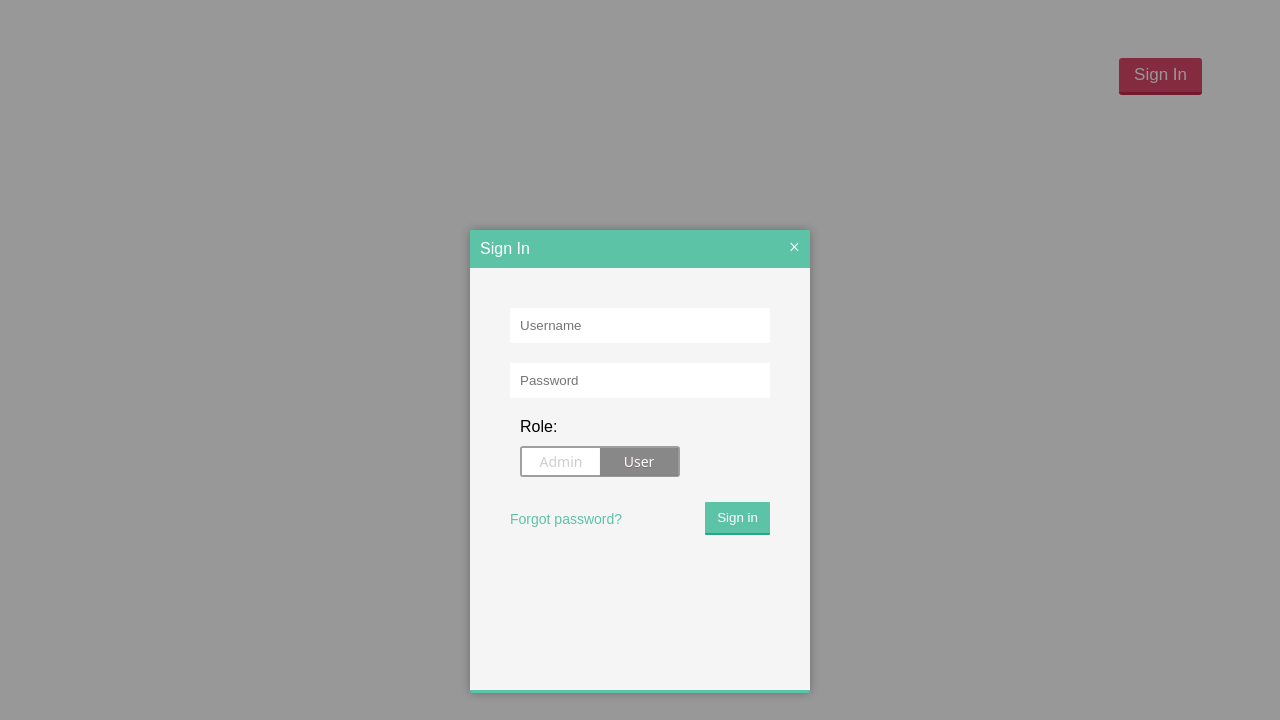
Repository: Mainak-Deb/EmployeeApprisalApp
Page: http://localhost/EmployeeApprisalForm/
These files come from the project's save history. The page is drawn as it stood at one moment and after the next save; the edit follows.
The browser window is 1280 px wide. The pictures show the whole page.
The page is served by Tomcat 9. Other server files are loaded and not shown.

Above is the page before, as saved 2023-06-16 06:26:54.

### EmployeeApprisalForm/src/main/webapp/WEB-INF/views/index.jsp
<%@ page language="java" contentType="text/html; charset=ISO-8859-1"
    pageEncoding="ISO-8859-1"%>
<!DOCTYPE html>
<html>
<head>
<meta charset="ISO-8859-1">
<title>Insert title here</title>
<link rel="stylesheet" href="public/styles/index.css" />
</head>
<body>
<span class="button">Sign In</span>
<div class="modal-bg">
<div id="modal">
	<span>Sign In<a href="#close" id="close">&#215;</a></span>
	<form>
		<input id="username" name="username" type="textbox" placeholder="Username" required>
		<input id="password" name="password" type="password" placeholder="Password" required>
		<div>
	         <label for="gender">Role:</label> <br>
	         <div class="radio">
				<input label="Admin" type="radio" id="admin" name="role" value="admin">
				<input label="User" type="radio" id="user" name="role" value="user" checked>
			</div>
		</div>
		<a id="forgot-link" href="#">Forgot password?</a>
		<button name="submit" id="submit" type="submit">Sign in</button>
	</form>
</div>
</div>
<script src="https://code.jquery.com/jquery-3.6.0.min.js"></script>
<script type="text/javascript">
$('.button').click(function(){
	  $('#modal').css('display','block');
	  $('.modal-bg').fadeIn();
});

	$('#close').click(function(){
		  $('.modal-bg').fadeOut();
		  $('#modal').fadeOut();
	  return false;
	});
</script>
</body>
</html>

### EmployeeApprisalForm/src/main/webapp/public/styles/index.css
@charset "ISO-8859-1";
body{
 /* background-color:#292B2C;*/
 font-family: 'PT Sans', sans-serif;
}
a{
	outline: 0;
	text-decoration: none;
}
.modal-bg{
	position:fixed;
	left:0;right:0;
	top:0;bottom:0;
	z-index:100;
	background-color:rgba(50,50,50,0.5);
}

.button{
	position:relative;
	font-size:17px;
	background:#DA244F;
	border-radius: 3px;
	border-bottom: 3px solid #B5002A;
	padding:7px 15px;
	color:#fff;
	cursor:pointer;
	float:right;
	margin:50px 70px;
 	-webkit-transition:margin 100ms;
	-moz-transition:margin 100ms;
	transition:margin 100ms ;
}
.button:active{
   margin: 53px 70px;
}
.button:hover{
	background:#C40532;
}
form{
	display:block;
	margin:30px;
  padding:px;
}
form *{
	margin:10px;
}
input:focus{
  outline:0;
}
input{
	width:240px;
	padding:10px;
	border:none;
	border-radius:1px;
}
button{
	float: right;
	padding: 8px 12px;
	margin-top: 15px;
	background: #5DC3A7;
	border: none;
	color: #fff;
	border-bottom: 2px solid #23AA84;
	border-radius: 1px;
	cursor: pointer;
}
button:active{
	margin: 18px 10px;
}
button:hover{
	background-color: #0FC491;
}
#forgot-link{
	font-size: 14px;
	line-height: 45px;
	color: #5DC3A7;
	display: inline-block;
}
#forgot-link:hover{
	color: #23AA84;
}
#modal{
	position:absolute;
	background-color:#F5F5F6;
	top:50%;
	left:50%;
	z-index:101;
	border-radius:3px;
	width:340px;
	height:460px;
	margin-top:-130px;
	margin-left:-170px;
	border-bottom: 3px solid #5DC3A7;
	box-shadow:0 0 10px 0 rgba(0,0,0,0.3);
}

#modal span{
	display: block;
	background:#5DC3A7;
	padding: 10px;
	color:#fff;
}
#close{
	float: right;
	color: #fff;
  margin-top:-4px;
	font-family: serif;
	font-size: 20px;
}
#close:hover{
	color:gray;
}


.radio {
	border-radius: 3px;
	border: 2px solid #2b2b2b6d;
	display:flex;
	flex-direction:row;
	width:60%;
}

.radio input {
	width: 50%;
	height: auto;
	margin:0px;
	margin-bottom:0px;
	-webkit-appearance: none;
	-moz-appearance: none;
	appearance: none;
	outline: none;
	cursor: pointer;
	border-radius:0px;
	padding: 4px 8px;
	background-color: rgba(255,255,255);
	color: #bdbdbdbd;
	font-size: 14px;
	font-family: system-ui, -apple-system, BlinkMacSystemFont, "Segoe UI", Roboto,
		"Helvetica Neue", Arial, "Noto Sans", sans-serif, "Apple Color Emoji",
		"Segoe UI Emoji", "Segoe UI Symbol", "Noto Color Emoji";
	transition: all 100ms linear;

}

.radio input:checked {
	background-color: rgba(0, 0, 0, 0.447);
	color: #fff;
	box-shadow: 0 1px 1px #0000002e;
	text-shadow: 0 1px 0px #79485f7a;
}

.radio input:before {
	content: attr(label);
	display: inline-block;
	text-align: center;
	width: 100%;
}

After the next save:
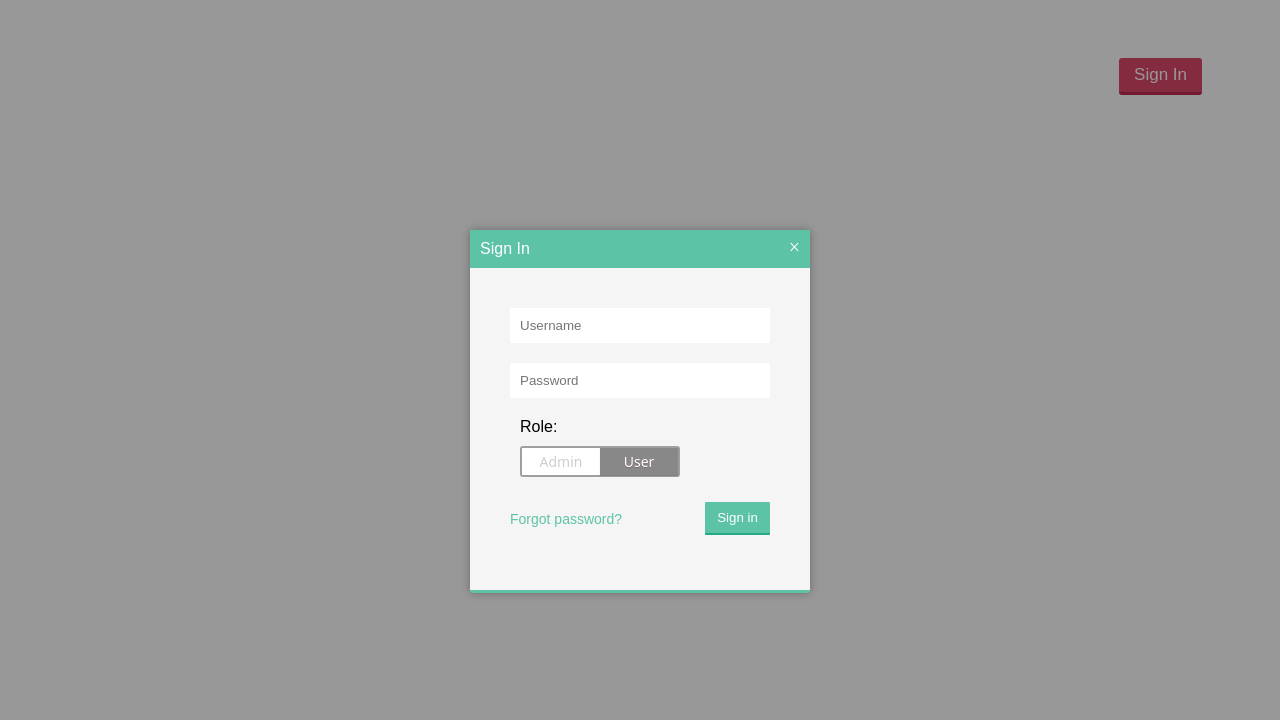
Saved 9 s later.
--- a/EmployeeApprisalForm/src/main/webapp/public/styles/index.css
+++ b/EmployeeApprisalForm/src/main/webapp/public/styles/index.css
@@ -87,7 +87,7 @@ button:hover{
 	z-index:101;
 	border-radius:3px;
 	width:340px;
-	height:460px;
+	height:360px;
 	margin-top:-130px;
 	margin-left:-170px;
 	border-bottom: 3px solid #5DC3A7;
